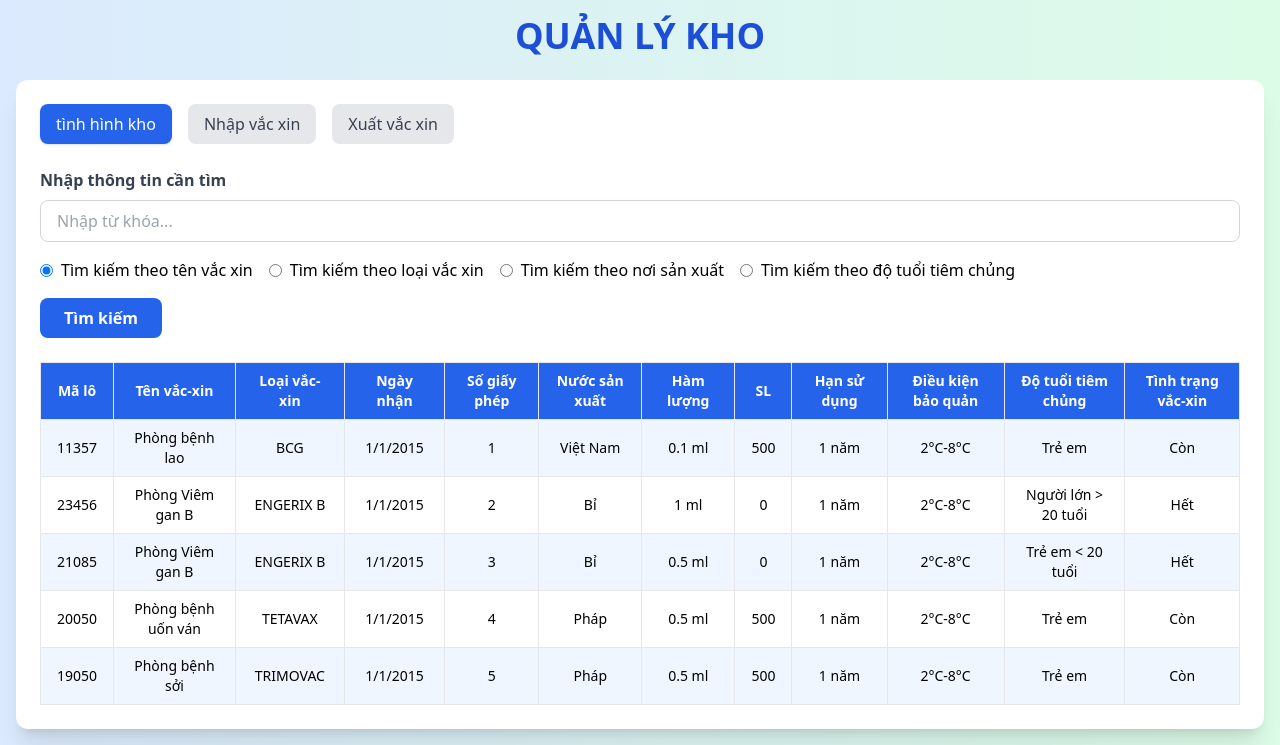
Repository: junior-viet-tri-dao/vaccination-project
Page: vaccination/bin/src/main/resources/templates/warehouse.html
An editor plug-in stored every save of this project. The page is shown before and after the next save, followed by the edit.
The browser window is 1280 px wide. The pictures show the whole page.
Some web libraries are served in a nearby version.

Above is the page before, as saved 2025-09-03 21:26:45.

### vaccination/bin/src/main/resources/templates/warehouse.html
<!DOCTYPE html>
<html xmlns:th="http://www.thymeleaf.org" lang="vi">
    <head>
        <meta charset="UTF-8" />
        <title>Quản lý kho vắc xin</title>
        <meta name="viewport" content="width=device-width, initial-scale=1.0" />
        <script src="https://cdn.tailwindcss.com"></script>
    </head>
    <body class="bg-gradient-to-r from-blue-100 to-green-100 min-h-screen p-4">
        <!-- Tiêu đề trang -->
        <div class="max-w-7xl mx-auto mb-6">
            <h1 class="text-4xl font-bold text-blue-700 text-center uppercase">
                Quản lý kho
            </h1>
        </div>

        <div class="max-w-7xl mx-auto bg-white shadow-xl rounded-xl p-6">
            <!-- Tabs -->
            <div class="flex space-x-4 mb-6">
                <button
                    class="bg-blue-600 text-white px-4 py-2 rounded-lg shadow"
                >
                    tình hình kho
                </button>
                <button
                    class="bg-gray-200 text-gray-700 px-4 py-2 rounded-lg hover:bg-gray-300"
                >
                    Nhập vắc xin
                </button>
                <button
                    class="bg-gray-200 text-gray-700 px-4 py-2 rounded-lg hover:bg-gray-300"
                >
                    Xuất vắc xin
                </button>
            </div>

            <!-- Tìm kiếm -->
            <div class="mb-6">
                <label class="block mb-2 font-semibold text-gray-700"
                    >Nhập thông tin cần tìm</label
                >
                <input
                    type="text"
                    placeholder="Nhập từ khóa..."
                    class="w-full mb-4 px-4 py-2 border border-gray-300 rounded-lg focus:ring-2 focus:ring-blue-500"
                />

                <div
                    class="space-y-2 md:space-y-0 md:flex md:items-center md:space-x-4"
                >
                    <label class="flex items-center">
                        <input
                            type="radio"
                            name="searchType"
                            value="name"
                            checked
                            class="mr-2"
                        />
                        Tìm kiếm theo tên vắc xin
                    </label>
                    <label class="flex items-center">
                        <input
                            type="radio"
                            name="searchType"
                            value="type"
                            class="mr-2"
                        />
                        Tìm kiếm theo loại vắc xin
                    </label>
                    <label class="flex items-center">
                        <input
                            type="radio"
                            name="searchType"
                            value="origin"
                            class="mr-2"
                        />
                        Tìm kiếm theo nơi sản xuất
                    </label>
                    <label class="flex items-center">
                        <input
                            type="radio"
                            name="searchType"
                            value="age"
                            class="mr-2"
                        />
                        Tìm kiếm theo độ tuổi tiêm chủng
                    </label>
                </div>

                <button
                    class="mt-4 bg-blue-600 hover:bg-blue-700 text-white px-6 py-2 rounded-lg font-semibold transition"
                >
                    Tìm kiếm
                </button>
            </div>
            <!-- Bảng dữ liệu -->
            <div class="overflow-x-auto">
                <table class="min-w-full table-auto border border-gray-300">
                    <thead class="bg-blue-600 text-white text-sm">
                        <tr>
                            <th class="px-4 py-2 border">Mã lô</th>
                            <th class="px-4 py-2 border">Tên vắc-xin</th>
                            <th class="px-4 py-2 border">Loại vắc-xin</th>
                            <th class="px-4 py-2 border">Ngày nhận</th>
                            <th class="px-4 py-2 border">Số giấy phép</th>
                            <th class="px-4 py-2 border">Nước sản xuất</th>
                            <th class="px-4 py-2 border">Hàm lượng</th>
                            <th class="px-4 py-2 border">SL</th>
                            <th class="px-4 py-2 border">Hạn sử dụng</th>
                            <th class="px-4 py-2 border">Điều kiện bảo quản</th>
                            <th class="px-4 py-2 border">Độ tuổi tiêm chủng</th>
                            <th class="px-4 py-2 border">Tình trạng vắc-xin</th>
                        </tr>
                    </thead>
                    <tbody class="text-sm text-center bg-white">
                        <tr class="bg-blue-50">
                            <td class="px-4 py-2 border">11357</td>
                            <td class="px-4 py-2 border">Phòng bệnh lao</td>
                            <td class="px-4 py-2 border">BCG</td>
                            <td class="px-4 py-2 border">1/1/2015</td>
                            <td class="px-4 py-2 border">1</td>
                            <td class="px-4 py-2 border">Việt Nam</td>
                            <td class="px-4 py-2 border">0.1 ml</td>
                            <td class="px-4 py-2 border">500</td>
                            <td class="px-4 py-2 border">1 năm</td>
                            <td class="px-4 py-2 border">2°C-8°C</td>
                            <td class="px-4 py-2 border">Trẻ em</td>
                            <td class="px-4 py-2 border">Còn</td>
                        </tr>
                        <tr>
                            <td class="px-4 py-2 border">23456</td>
                            <td class="px-4 py-2 border">Phòng Viêm gan B</td>
                            <td class="px-4 py-2 border">ENGERIX B</td>
                            <td class="px-4 py-2 border">1/1/2015</td>
                            <td class="px-4 py-2 border">2</td>
                            <td class="px-4 py-2 border">Bỉ</td>
                            <td class="px-4 py-2 border">1 ml</td>
                            <td class="px-4 py-2 border">0</td>
                            <td class="px-4 py-2 border">1 năm</td>
                            <td class="px-4 py-2 border">2°C-8°C</td>
                            <td class="px-4 py-2 border">
                                Người lớn &gt; 20 tuổi
                            </td>
                            <td class="px-4 py-2 border">Hết</td>
                        </tr>
                        <tr class="bg-blue-50">
                            <td class="px-4 py-2 border">21085</td>
                            <td class="px-4 py-2 border">Phòng Viêm gan B</td>
                            <td class="px-4 py-2 border">ENGERIX B</td>
                            <td class="px-4 py-2 border">1/1/2015</td>
                            <td class="px-4 py-2 border">3</td>
                            <td class="px-4 py-2 border">Bỉ</td>
                            <td class="px-4 py-2 border">0.5 ml</td>
                            <td class="px-4 py-2 border">0</td>
                            <td class="px-4 py-2 border">1 năm</td>
                            <td class="px-4 py-2 border">2°C-8°C</td>
                            <td class="px-4 py-2 border">
                                Trẻ em &lt; 20 tuổi
                            </td>
                            <td class="px-4 py-2 border">Hết</td>
                        </tr>
                        <tr>
                            <td class="px-4 py-2 border">20050</td>
                            <td class="px-4 py-2 border">Phòng bệnh uốn ván</td>
                            <td class="px-4 py-2 border">TETAVAX</td>
                            <td class="px-4 py-2 border">1/1/2015</td>
                            <td class="px-4 py-2 border">4</td>
                            <td class="px-4 py-2 border">Pháp</td>
                            <td class="px-4 py-2 border">0.5 ml</td>
                            <td class="px-4 py-2 border">500</td>
                            <td class="px-4 py-2 border">1 năm</td>
                            <td class="px-4 py-2 border">2°C-8°C</td>
                            <td class="px-4 py-2 border">Trẻ em</td>
                            <td class="px-4 py-2 border">Còn</td>
                        </tr>
                        <tr class="bg-blue-50">
                            <td class="px-4 py-2 border">19050</td>
                            <td class="px-4 py-2 border">Phòng bệnh sởi</td>
                            <td class="px-4 py-2 border">TRIMOVAC</td>
                            <td class="px-4 py-2 border">1/1/2015</td>
                            <td class="px-4 py-2 border">5</td>
                            <td class="px-4 py-2 border">Pháp</td>
                            <td class="px-4 py-2 border">0.5 ml</td>
                            <td class="px-4 py-2 border">500</td>
                            <td class="px-4 py-2 border">1 năm</td>
                            <td class="px-4 py-2 border">2°C-8°C</td>
                            <td class="px-4 py-2 border">Trẻ em</td>
                            <td class="px-4 py-2 border">Còn</td>
                        </tr>
                    </tbody>
                </table>
            </div>
        </div>
    </body>
</html>

After the next save:
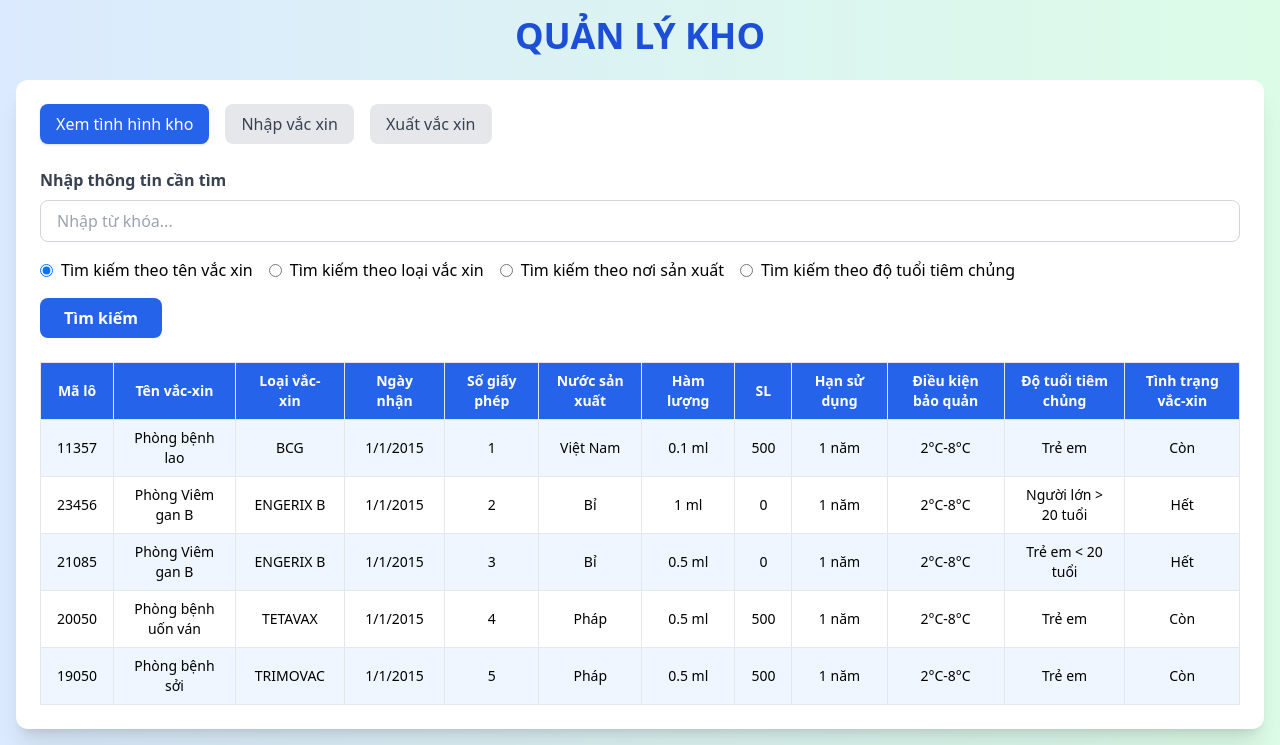
Saved 105 s later.
--- a/vaccination/bin/src/main/resources/templates/warehouse.html
+++ b/vaccination/bin/src/main/resources/templates/warehouse.html
@@ -20,7 +20,7 @@
                 <button
                     class="bg-blue-600 text-white px-4 py-2 rounded-lg shadow"
                 >
-                    tình hình kho
+                    Xem tình hình kho
                 </button>
                 <button
                     class="bg-gray-200 text-gray-700 px-4 py-2 rounded-lg hover:bg-gray-300"
